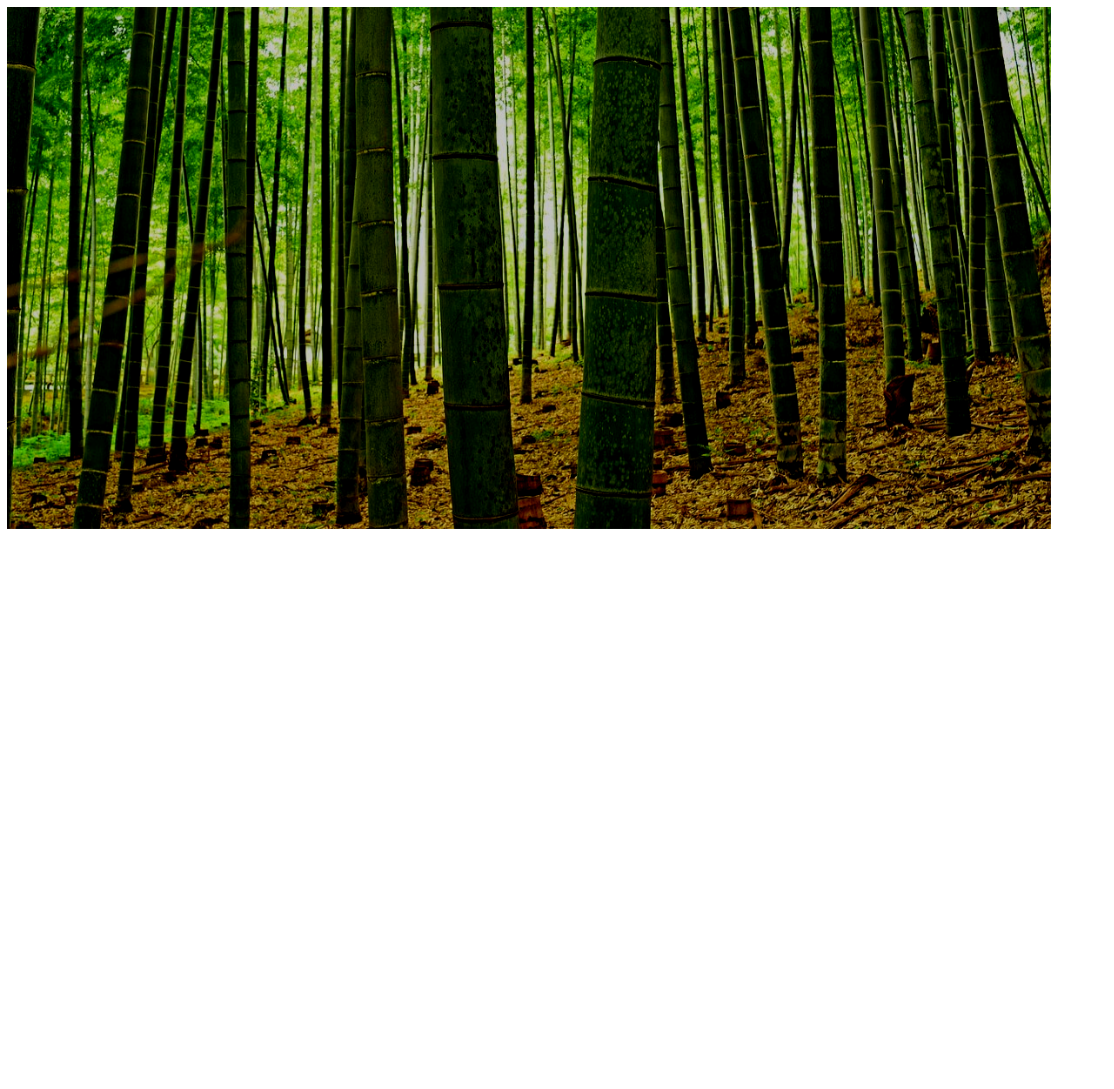
Repository: tanasa-mircea/playground
Page: canvas-filters/index.html
An editor plug-in stored every save of this project. The page is shown before and after the next save, followed by the edit.
The browser window is 1280 px wide. The pictures show the whole page, at 87% of full size.

Above is the page before, as saved 2019-02-08 11:20:10.

After the next save:
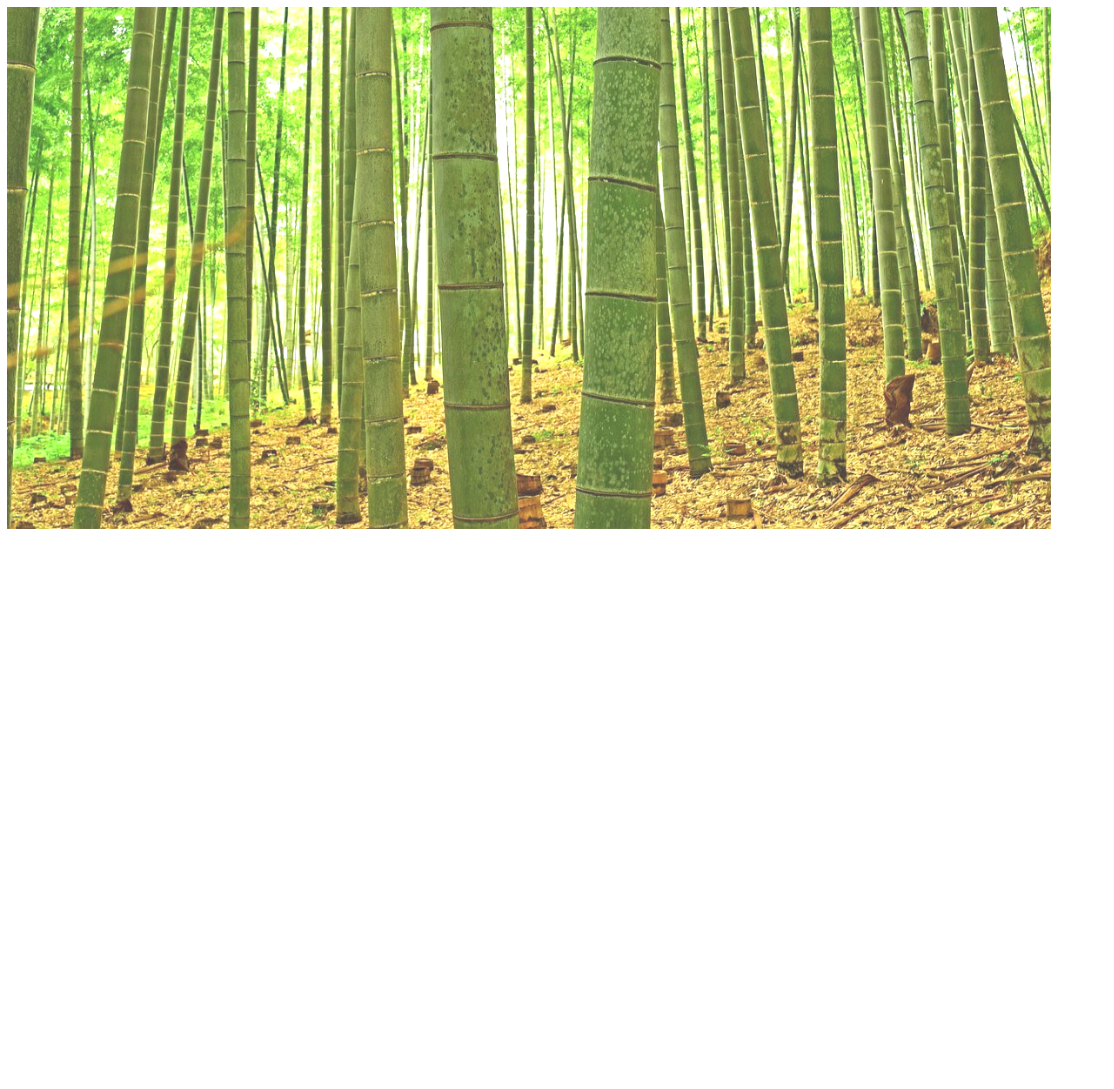
Saved 5 s later.
--- a/canvas-filters/main.js
+++ b/canvas-filters/main.js
@@ -20,7 +20,7 @@ function initCanvas() {
 
   // applyFilter(makeGrayscale, imageData);
   applyFilter(adjustBrightness, imageData, {
-    change: -60
+    change: 60
   });
   // applyFilter(makeSepia, imageData);
 }
